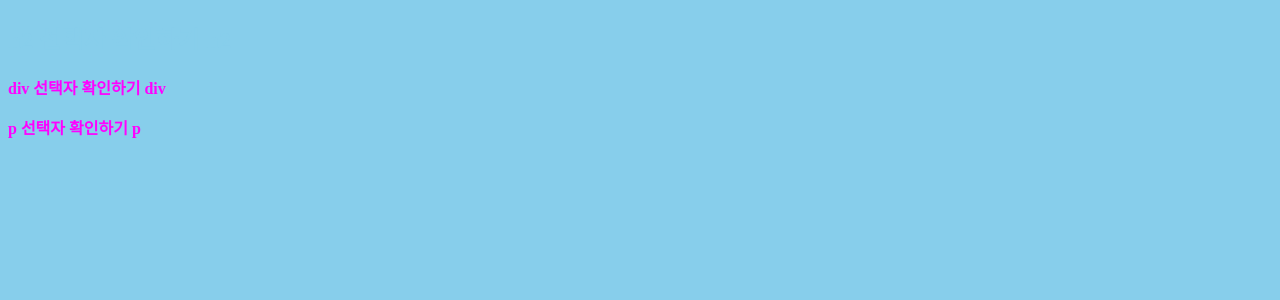
Repository: pvntlc/D-IT-Tech-Internship
Page: work_java/HTMLProject/src/main/webapp/DAY2/01.CSS적용하기/1-2.selector1.html
An editor plug-in stored every save of this project. The page is shown before and after the next save, followed by the edit.
The browser window is 1280 px wide. The pictures show the whole page.

Above is the page before, as saved 2023-09-07 01:16:32.

### work_java/HTMLProject/src/main/webapp/DAY2/01.CSS적용하기/1-2.selector1.html
<!DOCTYPE html>
<html lang="en">
<head>
    <meta charset="UTF-8">
    <meta name="viewport" content="width=device-width, initial-scale=1.0">
    <title>Universal Selector(전체선택자)</title>
    <style type="text/css">
        body {
          background: skyblue;
          color: magenta;
          font-weight: bold;
        }
      </style>
</head>
<body>
    <h2 style="color : skyblue"}>h2 선택자 확인하기 h2</h2>
    <div>div 선택자 확인하기 div</div>
    <p>p 선택자 확인하기 p</p>
</body>
</html>

After the next save:
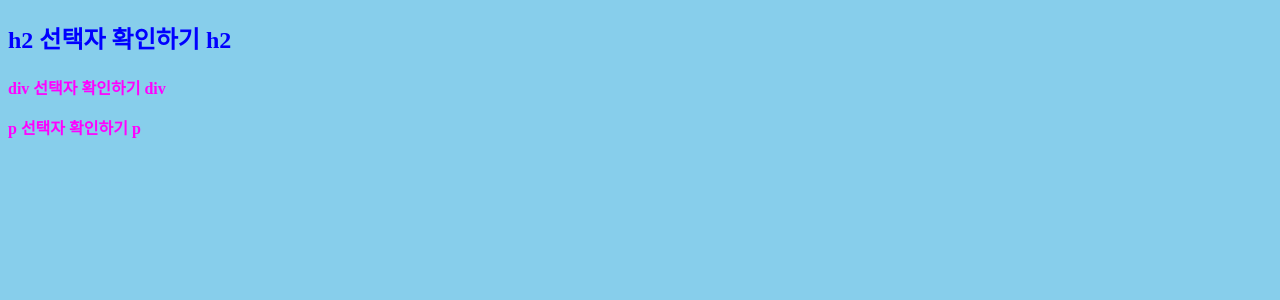
Saved 25 s later.
--- a/work_java/HTMLProject/src/main/webapp/DAY2/01.CSS적용하기/1-2.selector1.html
+++ b/work_java/HTMLProject/src/main/webapp/DAY2/01.CSS적용하기/1-2.selector1.html
@@ -5,6 +5,9 @@
     <meta name="viewport" content="width=device-width, initial-scale=1.0">
     <title>Universal Selector(전체선택자)</title>
     <style type="text/css">
+		h2{
+			color: blue;
+		}
         body {
           background: skyblue;
           color: magenta;
@@ -13,7 +16,7 @@
       </style>
 </head>
 <body>
-    <h2 style="color : skyblue"}>h2 선택자 확인하기 h2</h2>
+    <h2>h2 선택자 확인하기 h2</h2>
     <div>div 선택자 확인하기 div</div>
     <p>p 선택자 확인하기 p</p>
 </body>
